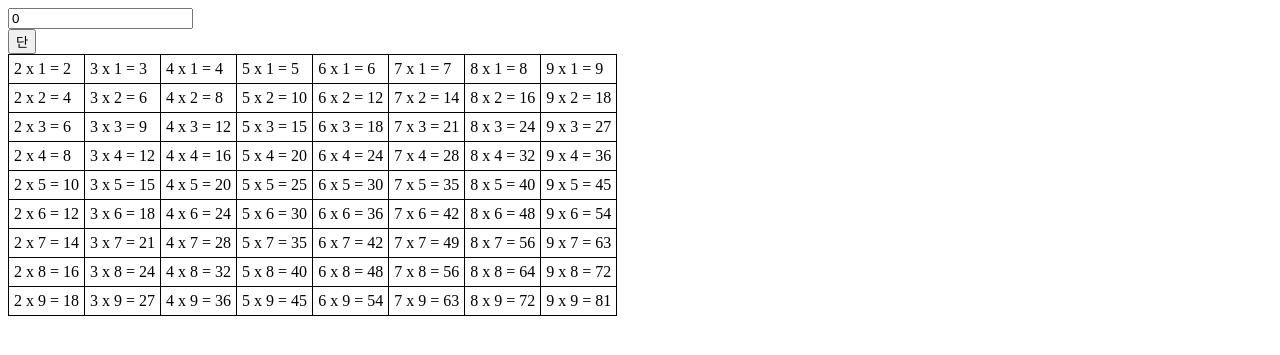
Repository: 5anniversary/JSPhw
Page: http://localhost/lecture1/test/mid1.jsp
The author's editor kept a copy of each file at every save. The page is drawn from the files as they stood at one save, then again after the next save.
The browser window is 1280 px wide. The pictures show the whole page.
The page is served by Tomcat 9.

Above is the page before, as saved 2020-05-04 03:10:20.

After the next save:
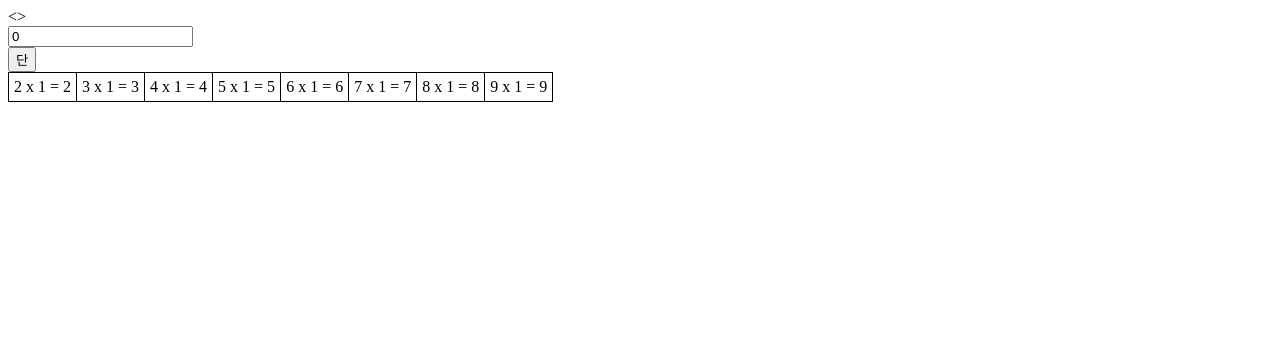
Saved 33 s later.
--- a/lecture1/WebContent/test/mid1.jsp
+++ b/lecture1/WebContent/test/mid1.jsp
@@ -16,6 +16,7 @@ tr, td {
 </style>
 </head>
 <body>
+<>
 	<div class="container">
 		<form action="text1action.jsp" method="post">
 			<div>
@@ -24,7 +25,7 @@ tr, td {
 			<button type="submit" name="cmd" value="ok">단</button>
 		</form>
 		<table>
-			<%for (int i = 1; i < 10; i++) {%>
+			<%for (int i = 1; i < 2; i++) {%>
 			<tr>
 				<% for (int j = 2; j < 10; j++) { %>
 				<td>
